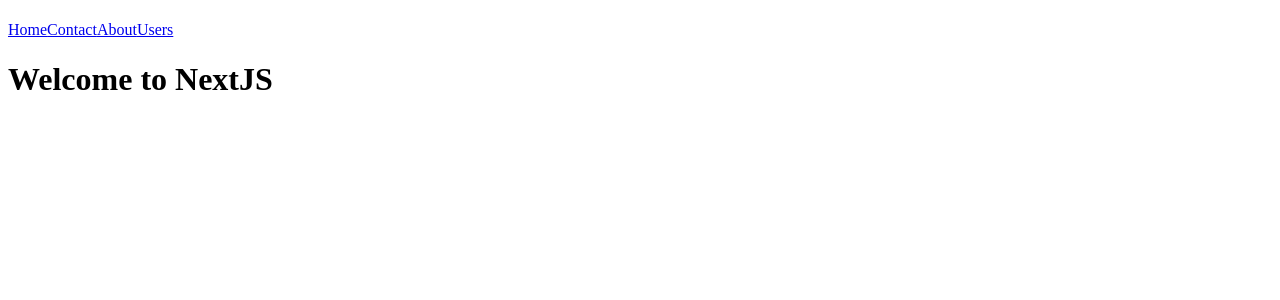
Repository: CaptainStorm21/NextJS-React16
Page: /
An editor plug-in stored every save of this project. The page is shown before and after the next save, followed by the edit.
The browser window is 1280 px wide. The pictures show the whole page.
The project was rebuilt for these pictures with package versions that can differ from the ones it lists, and the page was loaded fresh each time. The framework's server and built-in components were replaced by stand-ins that run in the browser.

Above is the page before, as saved 2020-06-09 23:06:35.

### pages/index.js
import React, { Component } from "react";
import MainLayout from "../components/layouts/MainLayout";

export default class Home extends Component {
  render() {
    return (
      <>
        <MainLayout>
          <h1>Welcome to NextJS</h1>
        </MainLayout>
      </>
    );
  }
}

### components/layouts/MainLayout.js
import React from 'react';
import Header from '../includes/Header'
const MainLayout = (props) => (
    <>
        <Header/>
        {props.children}
    </>
)

export default MainLayout;

### components/includes/Header.js
import React, { Component } from "react";
import Link from "next/link";

const Header = () => (
  <>
    <h1></h1>
    <nav>
      <Link href="/">
        <a>Home</a>
      </Link>
      <Link href="/contact">
        <a>Contact</a>
      </Link>
      <Link href="/Linkbout">
        <a>About</a>
      </Link>
      <Link href="/users">
        <a>Users</a>
      </Link>
    </nav>
  </>
);

export default Header;

After the next save:
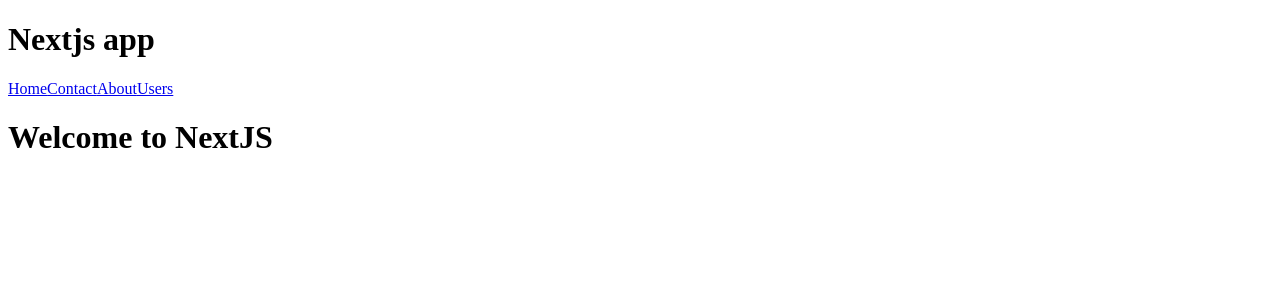
Saved 13 s later.
--- a/components/includes/Header.js
+++ b/components/includes/Header.js
@@ -3,7 +3,7 @@
 
 const Header = () => (
   <>
-    <h1></h1>
+    <h1>Nextjs app</h1>
     <nav>
       <Link href="/">
         <a>Home</a>
